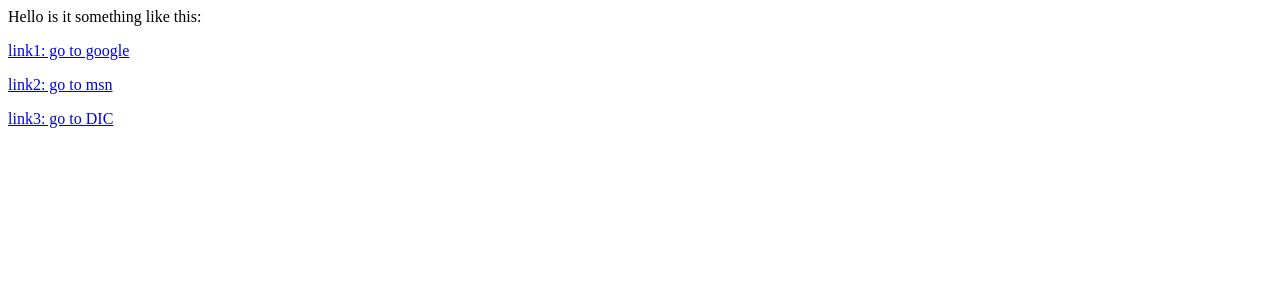
Repository: jyotsna1234/bugappmvc
Page: http://localhost/samplemb.php
The author's editor kept a copy of each file at every save. The page is drawn from the files as they stood at one save, then again after the next save.
The browser window is 1280 px wide. The pictures show the whole page.
The page is run by PHP 8.4 with error messages shown; the project is at /var/www/html/.

Above is the page before, as saved 2014-04-09 11:06:28.

After the next save:
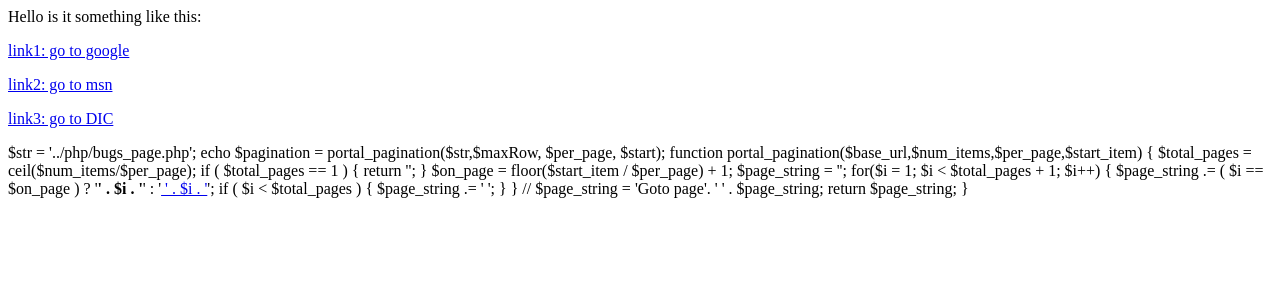
Saved 27 min 21 s later.
--- a/json/samplemb.php
+++ b/json/samplemb.php
@@ -53,3 +53,29 @@ messageBox.style.display="block"
 </div>
 </body>
 </html>
+$str = '../php/bugs_page.php';
+echo $pagination = portal_pagination($str,$maxRow, $per_page, $start);
+function portal_pagination($base_url,$num_items,$per_page,$start_item)
+{
+    $total_pages = ceil($num_items/$per_page);
+
+	if ( $total_pages == 1 )
+	{
+		return '';
+	}
+$on_page = floor($start_item / $per_page) + 1;
+$page_string = '';
+
+		for($i = 1; $i < $total_pages + 1; $i++)
+		{
+			$page_string .= ( $i == $on_page ) ? '<b class="paging">' . $i . '</b>' : '<a class="paging" href="' . $base_url . "?start=" . ( ( $i - 1 ) * $per_page ) . '">
+			' . $i . '</a>';
+			if ( $i <  $total_pages )
+			{
+				$page_string .= '<b ></b> ';
+			}
+		}
+// 	$page_string = 'Goto page'. ' ' . $page_string;
+
+	return $page_string;
+}
